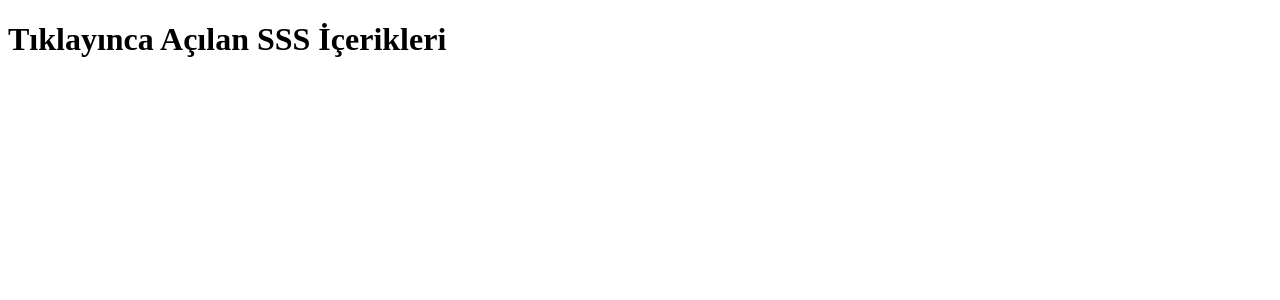
Repository: BeritanBlgn/web-yazilim-muhendisligi
Page: Modul_1/Ders_9/1.9.4_sss_akordeon.html
An editor plug-in stored every save of this project. The page is shown before and after a run of saves, followed by the edit.
The browser window is 1280 px wide. The pictures show the whole page.

Above is the page before, as saved 2026-10-27 21:48:13.

After the next 8 saves:
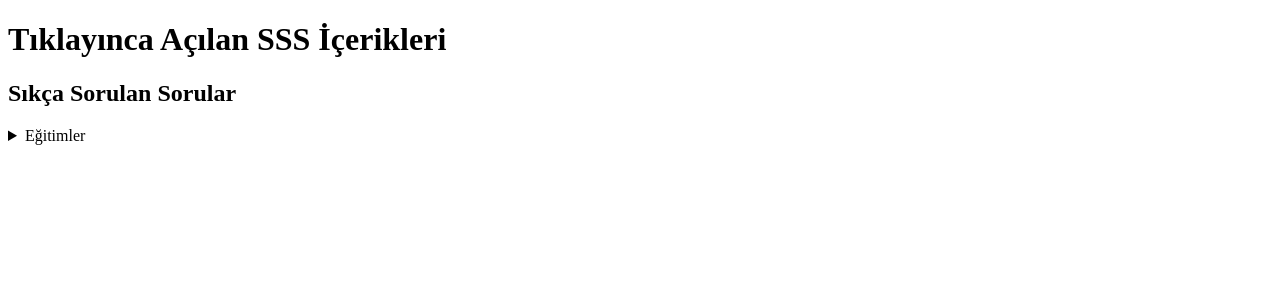
The 8 saves are shown as one change because they came seconds apart.
The last was saved 22 s later.
--- a/Modul_1/Ders_9/1.9.4_sss_akordeon.html
+++ b/Modul_1/Ders_9/1.9.4_sss_akordeon.html
@@ -10,7 +10,10 @@
         Tıklayınca Açılan SSS İçerikleri
     </h1>
     <h2>
-
+        Sıkça Sorulan Sorular
     </h2>
+    <details>
+        <summary>Eğitimler </summary>
+    </details>
 </body>
 </html>
